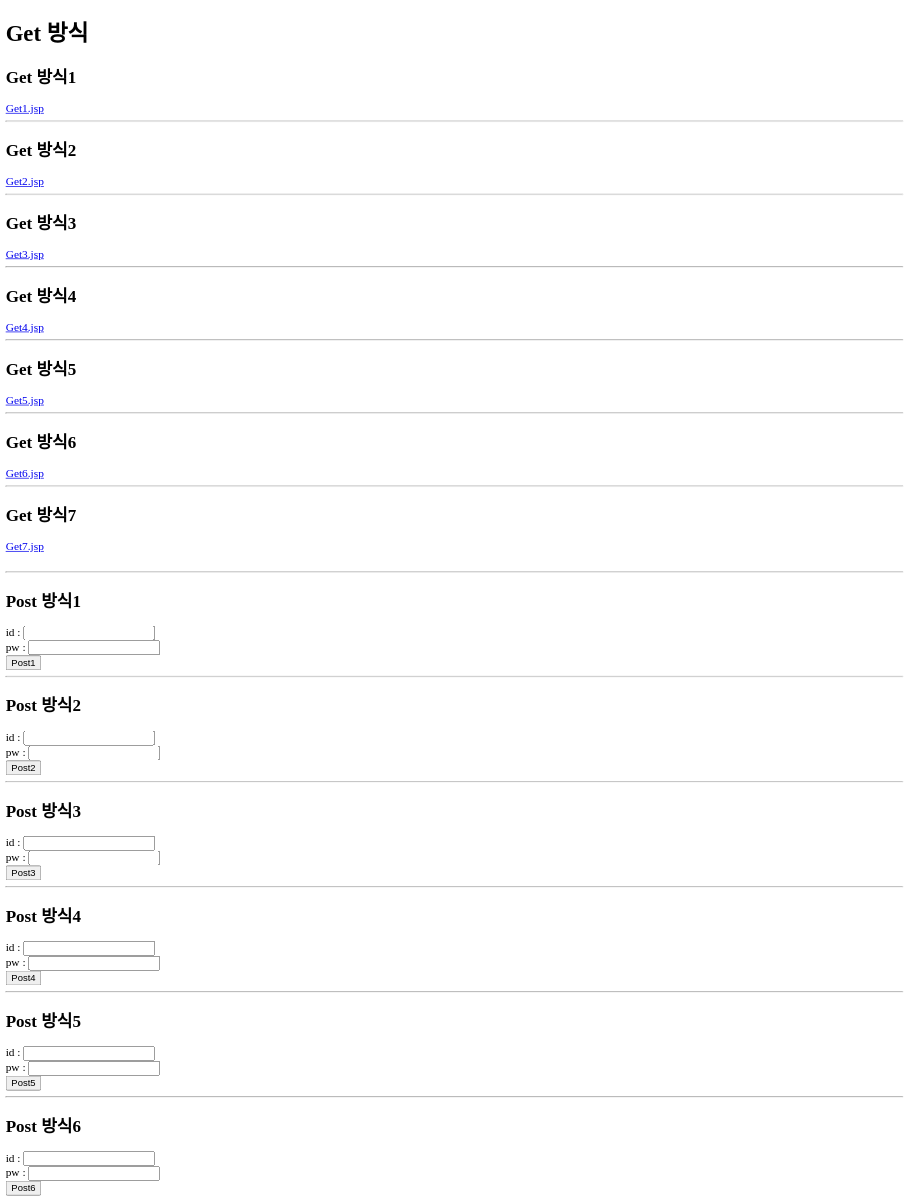
Repository: dllgkdud/pro4
Page: http://localhost/pro04/WEB-INF/views/sample/main.jsp
An editor plug-in stored every save of this project. The page is shown before and after the next save, followed by the edit.
The browser window is 1280 px wide. The pictures show the whole page, at 71% of full size.
The page is served by Tomcat 9. Nobody is signed in. The template is opened directly, without the code that normally fills it, so the values that code supplies are empty.

Above is the page before, as saved 2022-11-22 03:01:58.

After the next save:
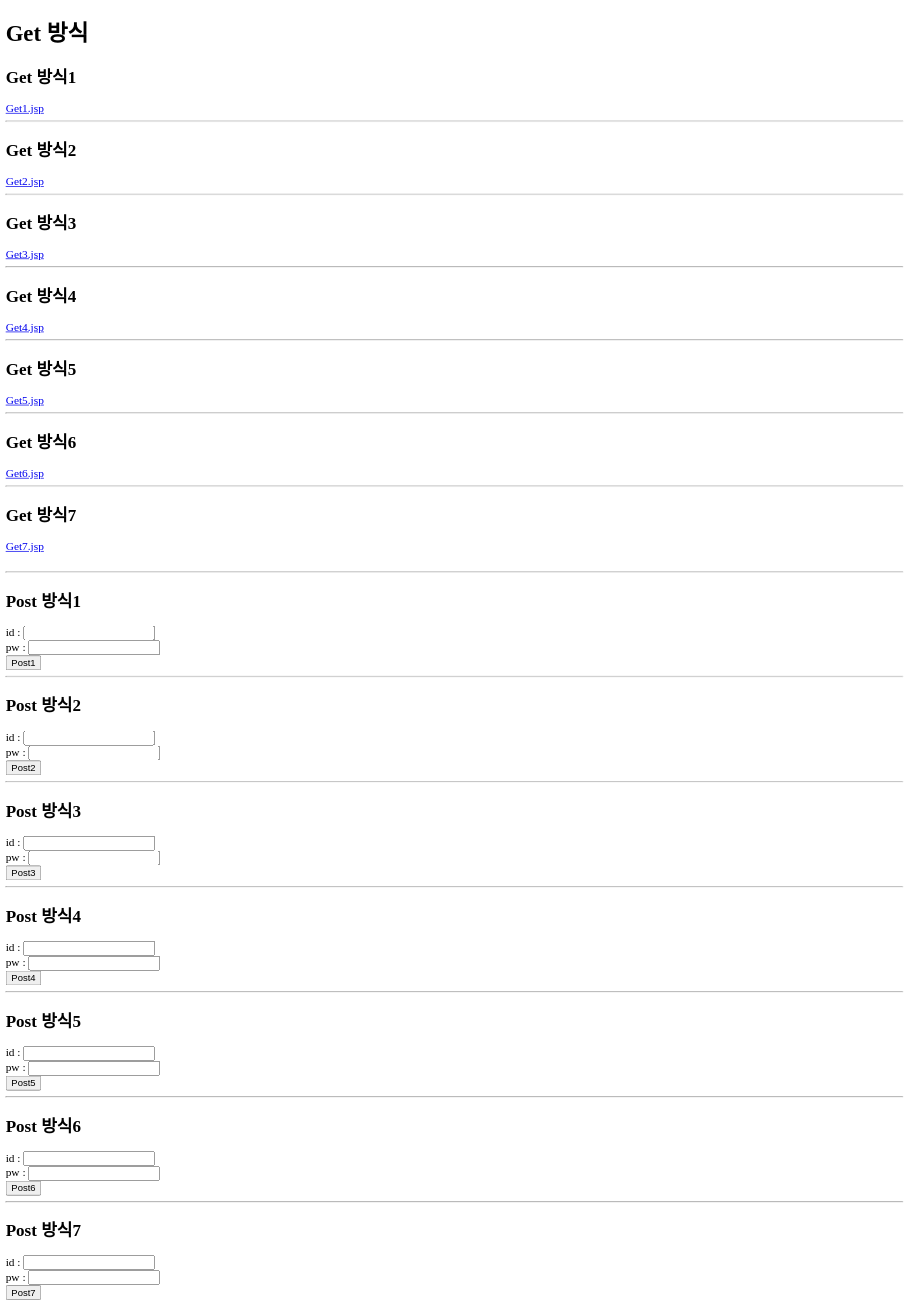
Saved 42 s later.
--- a/pro04/src/main/webapp/WEB-INF/views/sample/main.jsp
+++ b/pro04/src/main/webapp/WEB-INF/views/sample/main.jsp
@@ -101,5 +101,14 @@
 		<input type="submit" value="Post6"/>
 		</form>
 	</div>
+	<hr>
+	<h2>Post 방식7</h2>
+	<div>
+		<form action="./post7" method="post">
+		id : <input type="text" name="id" id="id" required /><br>
+		pw : <input type="password" name="pw" id="pw" required /><br>
+		<input type="submit" value="Post7"/>
+		</form>
+	</div>
 </body>
 </html>
